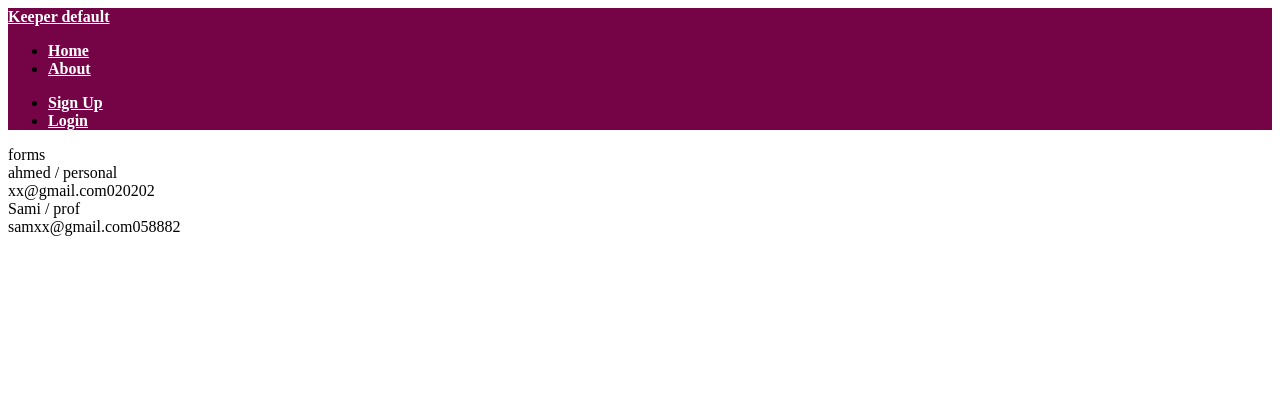
Repository: 3bdulrahman/contact-keeper
Page: / (app in client/)
These files come from the project's save history. The page is drawn as it stood at one moment and after the next save; the edit follows.
The browser window is 1280 px wide. The pictures show the whole page.
The project was rebuilt for these pictures with package versions that can differ from the ones it lists, and the page was loaded fresh each time. A package was used in the major version that the imports need, not the one package.json lists. Also part of the build but not shown: client/src/components/pages/About.js.

Above is the page before, as saved 2020-04-04 20:59:47.

### client/src/App.js
import React,{Fragment} from 'react';
import { BrowserRouter as Router , Route , Switch } from 'react-router-dom'
import Navbar from './components/layout/Navbar'
import Home from './components/pages/Home'
import About from './components/pages/About'
import ContactState  from './context/contact/ContactState'
import './App.css'
const  App = ()=> {
   return (
    <ContactState>
    <Router>
    <Fragment>
         <Navbar   />
         <div className='container'>
             <Switch>
               <Route exact path='/' component={Home} />
               <Route exact path='/about' component={About} />
             </Switch>
         </div>
    </Fragment>
    </Router>
    </ContactState>
  );
}

export default App;

### client/src/components/layout/Navbar.js
import React from 'react'
import {Link} from 'react-router-dom'
import PropTypes from 'prop-types'

 const Navbar = ({title}) => {
    return (
        <nav class="navbar navbar-default">
        <div class="navbar-header">

      <a class="navbar-brand" href="#">{title}</a>
    </div>
        <div class="container" id="myNavbar">

          <ul class="nav navbar-nav">
            <li class="active"><Link to="/">Home</Link></li>
            <li><Link to="/about">About</Link></li>

          </ul>
          <ul class="nav navbar-nav navbar-right">
      <li><a href="#"><span class="glyphicon glyphicon-user"></span> Sign Up</a></li>
      <li><a href="#"><span class="glyphicon glyphicon-log-in"></span> Login</a></li>
    </ul>
        </div>
      </nav>
    )
}

Navbar.propTypes= {
     title:PropTypes.string.isRequired
}
Navbar.defaultProps = {
     title:'Keeper default '
}

export default Navbar

### client/src/components/pages/Home.js
import React from 'react'
import Contacts from '../contacts/contacts'
 const Home = () => {
    return (
        <div className="row">
            <div className="col-md-6 col-lg-6">forms</div>
             <div className="col-md-6 col-lg-6"><Contacts /></div>
        </div>
    )
}

export default Home

### client/src/context/contact/ContactState.js
import React,{useReducer} from 'react'
import uuid from 'uuid'
import contactContext from './ContactContext'
import { UPDATE_CONTACT,CLEAR_CURRENT,DELETE_CONTACT,SET_CURRENT,ADD_CONTACT,SET_ALERT,REMOVE_ALERT,
    FILTER_CONTACTS,CLEAR_FILTER} from '../type'
import contactReducer from '../contact/ContactReducer'
const ContactState = props=>{
       const contactInit = {
             contacts:[
                   {id:1,name:"ahmed",email:"xx@gmail.com",phone:"020202",type:"personal"},
                   {id:2,name:"Sami",email:"samxx@gmail.com",phone:"058882",type:"prof"}
             ]
       };
       const [state,dispatch] = useReducer(contactReducer,contactInit)
       //add contact
       return(
            <contactContext.Provider value={{
                contacts:state.contacts
            }}>
                {props.children}
            </contactContext.Provider>
       )
}

export default ContactState

### client/src/App.css
.navbar-default{
     background-color:rgb(116, 4, 69);
     border:0px;
     border-radius: 0px;
}
.navbar-default .navbar-nav>.active>a, .navbar-default .navbar-nav>.active>a:focus, .navbar-default .navbar-nav>.active>a:hover{
    background-color:rgb(116, 4, 69);
}

.navbar-nav>.active>a{
     color:#fff;
     font-weight: bold;
     background-color:rgb(116, 4, 69);
}

.navbar-default .navbar-nav>li>a{
    color:#fff;
     font-weight: bold;
}

.navbar-default .navbar-brand{
    background-color:rgb(116, 4, 69);;
    color:#fff;
    font-weight: bold;
}

.navbar-default .navbar-nav>.active>a{
    background-color:rgb(116, 4, 69);;
    color:#fff;
    font-weight: bold;
}

### client/src/components/contacts/contacts.js
import React,{useContext,Fragment} from 'react'
import ContactContext from '../../context/contact/ContactContext'
import ContactsItem from './contactsItem'
 const Contacts = () => {
    const contextContact = useContext(ContactContext)
    const {contacts} = contextContact
    return (
        <Fragment>
            {contacts.map(contact=> <ContactsItem key={contact.id} contact={contact} /> )}
        </Fragment>
    )
}
export default Contacts

### client/src/context/contact/ContactContext.js
import {createContext} from 'react'
const contactContext = createContext()
export default contactContext

### client/src/context/type.js
export const ADD_CONTACT="ADD_CONTACT"
export const DELETE_CONTACT="DELETE_CONTACT"
export const UPDATE_CONTACT="UPDATE_CONTACT"
export const FILTER_CONTACTS="FILTER_CONTACTS"
export const CLEAR_FILTER="CLEAR_FILTER"
export const SET_CURRENT="SET_CURRENT"
export const CLEAR_CURRENT="CLEAR_CURRENT"
export const SET_ALERT="SET_ALERT"
export const REMOVE_ALERT="REMOVE_ALERT"

### client/src/context/contact/ContactReducer.js
import { UPDATE_CONTACT,CLEAR_CURRENT,DELETE_CONTACT,SET_CURRENT,ADD_CONTACT,SET_ALERT,REMOVE_ALERT,
    FILTER_CONTACTS,CLEAR_FILTER} from '../type'

export default (state,action)=>{
      switch(action.type){
           default:
               return state
      }
}

### client/src/components/contacts/contactsItem.js
import React from 'react'

 const ContactsItem = ({contact}) => {
    const {id,name,email,phone,type} = contact
    return (
        <div className="card">

              <div className="card-body">
              <div className="card-title">
              {name} / <span className={'badge ' + (type==='personal'?'badge-primary':'badge-danger')}>{type}</span>
              </div>

              {email&& <span className="badge badge-success">{email}</span>}
              {phone&& <span className="badge badge-warning">{phone}</span>}

              </div>
        </div>
    )
}
export default ContactsItem

Loaded but not shown: client/src/index.js (common file)

After the next save:
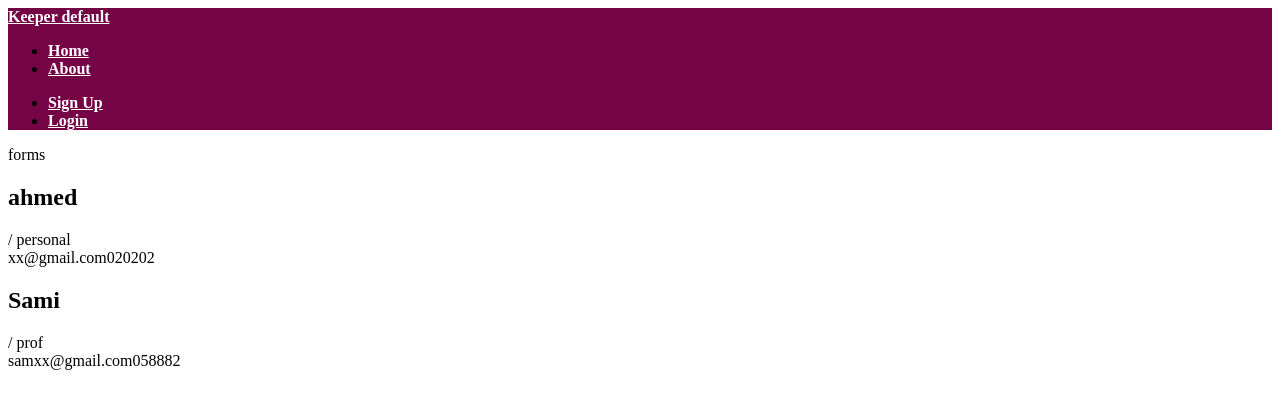
Saved 21 s later.
--- a/client/src/components/contacts/contactsItem.js
+++ b/client/src/components/contacts/contactsItem.js
@@ -7,7 +7,7 @@ import React from 'react'
 
               <div className="card-body">
               <div className="card-title">
-              {name} / <span className={'badge ' + (type==='personal'?'badge-primary':'badge-danger')}>{type}</span>
+              <h2>{name}</h2> / <span className={'badge ' + (type==='personal'?'badge-primary':'badge-danger')}>{type}</span>
               </div>
 
               {email&& <span className="badge badge-success">{email}</span>}
